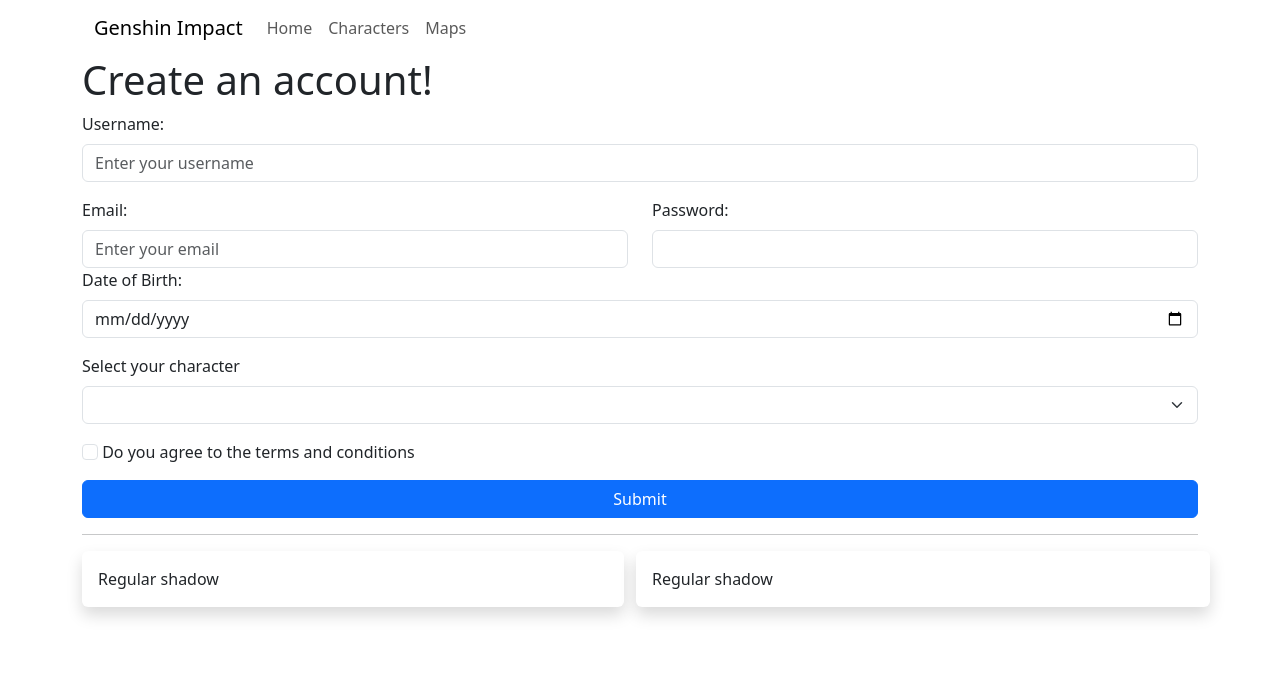
Repository: pendragons-code/BootStrap-Lesson
Page: static/html/genshin_account.html
These files come from the project's save history. The page is drawn as it stood at one moment and after a run of saves; the edit follows.
The browser window is 1280 px wide. The pictures show the whole page.
The page's requests for data from a server got no answer.

Above is the page before, as saved 2024-07-22 12:58:38.

### static/html/genshin_account.html
<!DOCTYPE html>
<html lang="en">

<head>
	<meta charset="UTF-8">
	<meta name="viewport" content="width=device-width, initial-scale=1.0">
	<link href="https://cdn.jsdelivr.net/npm/bootstrap@5.3.3/dist/css/bootstrap.min.css" rel="stylesheet"
		integrity="sha384-QWTKZyjpPEjISv5WaRU9OFeRpok6YctnYmDr5pNlyT2bRjXh0JMhjY6hW+ALEwIH" crossorigin="anonymous">
	<script src="https://cdn.jsdelivr.net/npm/bootstrap@5.3.3/dist/js/bootstrap.bundle.min.js"
		integrity="sha384-YvpcrYf0tY3lHB60NNkmXc5s9fDVZLESaAA55NDzOxhy9GkcIdslK1eN7N6jIeHz"
		crossorigin="anonymous"></script>
	<script src="/js/genshin_users.js" defer></script>
	<script src="/js/genshin_form.js" defer></script>
	<title>Document</title>
</head>

<body>
	<div class="container">
		<nav class="navbar navbar-expand-sm bg-body-primary">
			<div class="container-fluid">
				<a class="navbar-brand" href="#">Genshin Impact</a>
				<button class="navbar-toggler" type="button" data-bs-toggle="collapse" data-bs-target="#navbarNav"
					aria-controls="navbarNav" aria-expanded="false" aria-label class="form-label"="Toggle navigation">
					<span class="navbar-toggler-icon"></span>
				</button>
				<div class="collapse navbar-collapse" id="navbarNav">
					<ul class="navbar-nav">
						<li class="nav-item">
							<a class="nav-link" href="#">Home</a>
						</li>
						<li class="nav-item">
							<a class="nav-link" href="#">Characters</a>
						</li>
						<li class="nav-item">
							<a class="nav-link" href="#">Maps</a>
						</li>
					</ul>
				</div>
			</div>
		</nav>
	</div>

	<form action="#" method="POST" class="container needs-validation" novalidate>
		<h1 class="display1">Create an account!</h1>
		<div class="row">
			<div class="col mb-3">
				<label class="form-label" for="usernameField">Username: </label>
				<input required=true class="form-control" type="text" id="usernameField"
					placeholder="Enter your username" name="username">
				<div class="invalid-feedback">Please provide valid username</div>
			</div>
		</div>

		<div class="row">
			<div class="col mb-3-12 col mb-3-sm-6">
				<label class="form-label" for="emailField">Email:</label>
				<input required=true class="form-control" type="email" id="emailField" placeholder="Enter your email"
					name="email">
				<div class="invalid-feedback">Please provide valid email</div>
			</div>

			<div class="col mb-3-12 col mb-3-sm-6">
				<label class="form-label" for="passwordField">Password: </label>
				<input required=true class="form-control" type="password" id="passwordField" name="password">
				<div class="invalid-feedback">Please provide valid password</div>
			</div>
		</div>

		<div class="row">
			<div class="col mb-3">
				<label class="form-label" for="dateOfBirth">Date of Birth: </label>
				<input class="form-control" type="date" id="dateOfBirth">
			</div>
		</div>


		<div class="row">
			<div class="col mb-3">
				<label class="form-label" for="character">Select your character</label>
				<select id="character" class="form-select" required=true>
					<div class="invalid-feedback">Please select character</div>
					<option></option>
					<option>Zhongli</option>
					<option>Nahida</option>
					<option>Kokomi</option>
					<option>Raiden</option>
				</select>
			</div>
		</div>


		<div class="row">
			<div class="col mb-3">
				<input required=true class="form-check-input required=true" type="checkbox" name="terms"
					id="termsField">
				<div class="invalid-feedback">Please agree to the terms and conditions</div>
				<label class="form-check-label" for="termsField">Do you agree to the terms and conditions</label>
			</div>
		</div>
		<div class="d-grid">
			<button type="submit" class="btn btn-primary">Submit</button>
		</div>

	</form>
	<div class="container">
		<hr>
		<div class="row">
			<div class="col">
				<div class="shadow p-3 mb-5 bg-body rounded">Regular shadow</div>
			</div>
			<div class="col shadow p-3 mb-5 bg-body rounded">Regular shadow</div>
		</div>
	</div>
</body>

<script>
	(() => {
		'use strict'

		// Fetch all the forms we want to apply custom Bootstrap validation styles to
		var forms = document.querySelectorAll('.needs-validation')
		// Loop over them and prevent submission
		Array.prototype.slice.call(forms)
			.forEach(function (form) {
				form.addEventListener('submit', event => {
					if (!form.checkValidity()) {
						event.preventDefault()
						event.stopPropagation()
					}
					form.classList.add('was-validated')
				}, false)
			})
	})()</script>

</html>

### static/js/genshin_users.js
"use strict";

let users = [
	{
		username: "johndoe",
		character: "Nahida",
		dateJoined: "2024-01-01"
	},
	{
		username: "heehee",
		character: "Zhongli",
		dateJoined: "2024-01-01"
	},
	{
		username: "haaahaaa",
		character: "Kokomi",
		dateJoined: "2024-01-01"
	},
	{
		username: "hehehaha",
		character: "Nahida",
		dateJoined: "2024-01-01"
	},
	{
		username: "hahahehe",
		character: "Nahida",
		dateJoined: "2024-01-01"
	},
	{
		username: "weeeee",
		character: "Nahida",
		dateJoined: "2024-01-01"
	},
];

### static/js/genshin_form.js
"use strict";

console.log(users);

async function fetchSite() {
	let main = await fetch("https://www.sp.edu.sg/");
	console.log(main);
}

fetchSite()

After the next 7 saves:
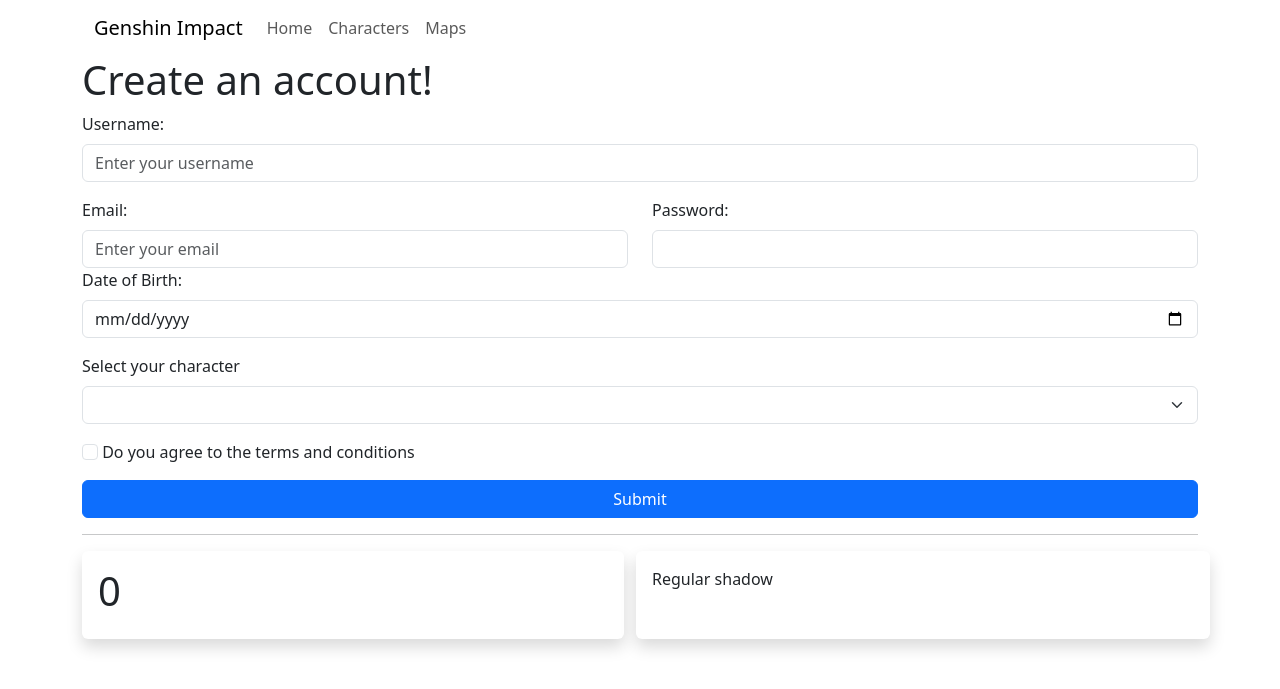
The 7 saves are shown as one change because they came seconds apart.
The last was saved 22 s later.
--- a/static/html/genshin_account.html
+++ b/static/html/genshin_account.html
@@ -106,7 +106,10 @@
 		<hr>
 		<div class="row">
 			<div class="col">
-				<div class="shadow p-3 mb-5 bg-body rounded">Regular shadow</div>
+				<div class="shadow p-3 mb-5 bg-body rounded">
+					<h1>0</h1>
+					<div></div>
+				</div>
 			</div>
 			<div class="col shadow p-3 mb-5 bg-body rounded">Regular shadow</div>
 		</div>
